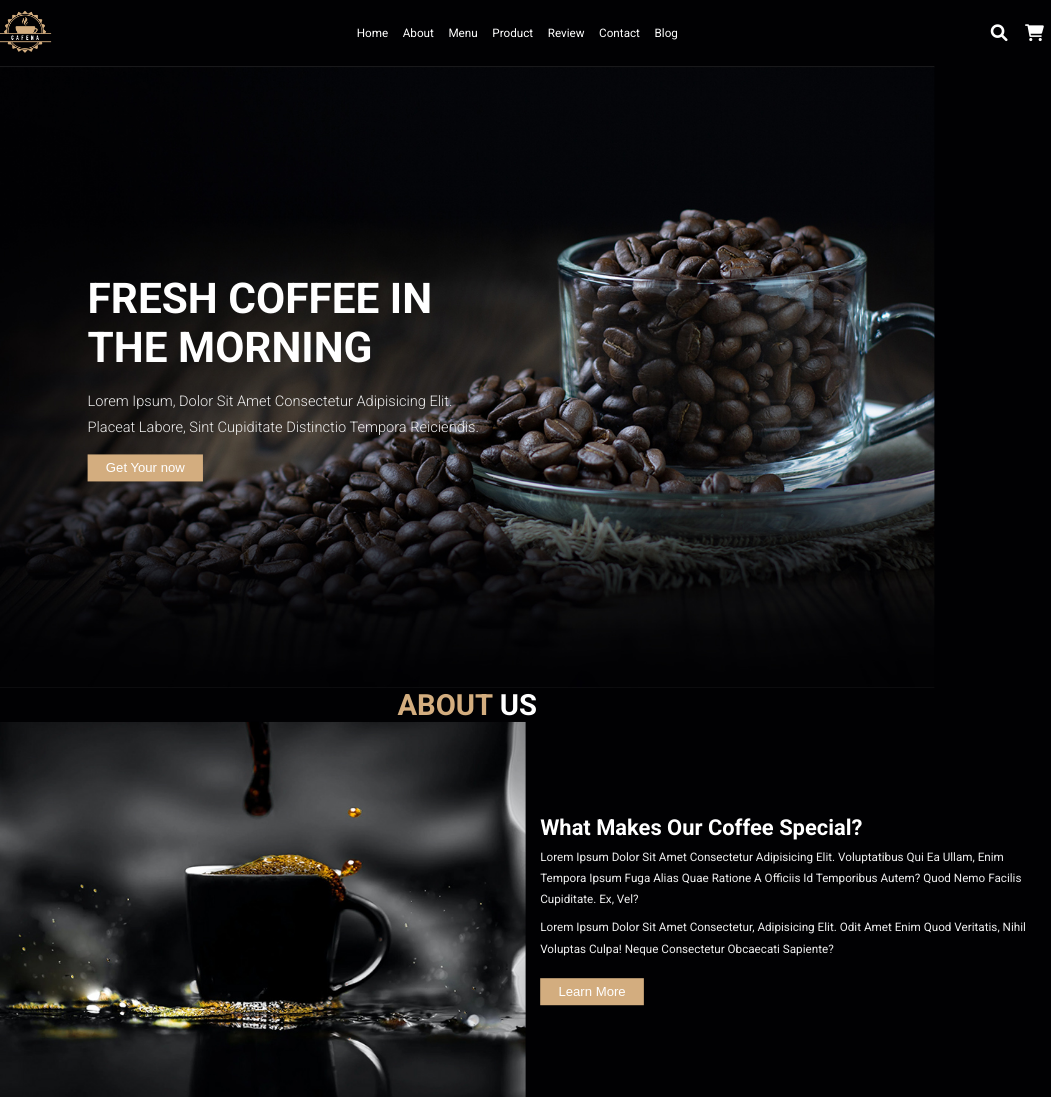
Repository: Dinhthai303/DinhThai
Page: index.html
The author's editor kept a copy of each file at every save. The page is drawn from the files as they stood at one save, then again after the next save.
The browser window is 1280 px wide. The page is 1440 px wide, so the pictures cover 1440 px, including what lies to the right of the window. The pictures show the whole page, at 73% of full size.

Above is the page before, as saved 2021-11-28 00:26:35.

### index.html
<!DOCTYPE html>
<html lang="en">

<head>
    <meta charset="UTF-8">
    <meta http-equiv="X-UA-Compatible" content="IE=edge">
    <meta name="viewport" content="width=device-width, initial-scale=1.0">
    <title>Document</title>
    <!-- FONT AWESOME -->
    <link rel="stylesheet" href="https://cdnjs.cloudflare.com/ajax/libs/font-awesome/6.0.0-beta3/css/all.min.css"
        integrity="sha512-Fo3rlrZj/k7ujTnHg4CGR2D7kSs0v4LLanw2qksYuRlEzO+tcaEPQogQ0KaoGN26/zrn20ImR1DfuLWnOo7aBA=="
        crossorigin="anonymous" referrerpolicy="no-referrer" />
    <!-- GOOLE FONT -->
    <link rel="preconnect" href="https://fonts.googleapis.com">
    <link rel="preconnect" href="https://fonts.gstatic.com" crossorigin>
    <link href="https://fonts.googleapis.com/css2?family=Roboto:wght@300;400;500;700&display=swap" rel="stylesheet">
    <!-- MAIN CSS -->
    <link rel="stylesheet" href="./css/style.css">
</head>

<body>
    <header class="header">
        <div class="container">
            <div class="header__content">
                <div class="header__logo">
                    <img src="./images/logo.png" alt="">
                </div>
                <ul class="header__menu">
                    <li class="header__item"><a class="header__link" href="#">Home</a></li>
                    <li class="header__item"><a class="header__link" href="#">About</a></li>
                    <li class="header__item"><a class="header__link" href="#">Menu</a></li>
                    <li class="header__item"><a class="header__link" href="#">Product</a></li>
                    <li class="header__item"><a class="header__link" href="#">Review</a></li>
                    <li class="header__item"><a class="header__link" href="#">Contact</a></li>
                    <li class="header__item"><a class="header__link" href="#">Blog</a></li>
                </ul>
                <div class="header__icon">
                    <i class="fa fa-search"></i>
                    <i class="fa fa-shopping-cart"></i>
                </div>
            </div>
        </div>
    </header>
    <section class="banner">
        <div class="banner__content">
            <img class="banner__image" src="./images/home-img.jpeg" alt="">
            <div class="banner__text">
                <h3 class="banner__title">FRESH COFFEE IN THE MORNING</h3>
                <p class="banner__desc">Lorem Ipsum, Dolor Sit Amet Consectetur Adipisicing Elit. Placeat Labore, Sint
                    Cupiditate Distinctio Tempora Reiciendis.</p>
                <button class="btn">Get Your now</button>
            </div>
        </div>
    </section>
    <section class="about">
        <h2 class="heading">About <span>us</span></h2>
        <div class="container">
            <div class="about__content">
                <div class="about__left">
                    <img class="about__image" src="./images/about-img.jpeg" alt="">
                </div>
                <div class="about__right">
                    <div class="about__text">
                        <h2 class="about__title">What Makes Our Coffee Special?</h2>
                        <p class="about__desc">Lorem Ipsum Dolor Sit Amet Consectetur Adipisicing Elit. Voluptatibus Qui
                            Ea Ullam, Enim Tempora Ipsum Fuga Alias Quae Ratione A Officiis Id Temporibus Autem? Quod
                            Nemo Facilis Cupiditate. Ex, Vel?</p>
                        <p class="about__desc">Lorem Ipsum Dolor Sit Amet Consectetur, Adipisicing Elit. Odit Amet Enim
                            Quod Veritatis, Nihil Voluptas Culpa! Neque Consectetur Obcaecati Sapiente?</p>
                        <button class="btn about__button">Learn More</button>
                    </div>
                </div>
            </div>
        </div>
    </section>
    <section class="menu"></section>
    <section class="products"></section>
    <section class="review"></section>
    <section class="contact"></section>
    <section class="blog"></section>
    <footer class="footer"></footer>
</body>

</html>

### css/style.css
*{
    margin: 0;
    padding: 0;
    box-sizing: border-box;
}
body{
    font-family: 'Roboto', sans-serif;
    background-color: #010103;
    font-weight: 400;
}
.container{
    width: 1440px;
    margin: 0 auto;
}
.header{
    background-color: #010103;
    border-bottom: 1px solid #4D4E4F;
}
.header__content{
    display: flex;
    justify-content: space-between;
    align-items: center;
    background-color: #010103;
    padding: 15px 0;
}
.header__menu{
    display: flex;
    list-style: none;
    gap: 20px;
}
.header__item:hover .header__link{
    color: #D3AD7F;
}
.header__item:hover .header__link::after{
    opacity: 1;
    transform: translateY(7px);
}
.header__link::after{
    content: "";
    width: 100%;
    height: 2px;
    position: absolute;
    left: 0;
    bottom: 0;
    background-color: #D3AD7F;
    transition: all .5s;
    opacity: 0;
}
.header__link{
    position: relative;
    color: white;
    text-decoration: none;
}
.header__icon i{
    color: white;
    font-size: 23px;
    margin: 0 10px;
    cursor: pointer;
}
.header__icon i:hover{
    color: #D3AD7F;
}
.header__logo img{
    width: 70px;
}
.banner__content{
    position: relative;
    width: 100%;
    height: 850px;
}
.banner__image{
    width: 100%;
    height: 100%;
    object-fit: cover;
}
.banner__text{
    position: absolute;
    top: 50%;
    left: 120px;
    transform: translateY(-50%);
    width: 570px;
}
.banner__title{
    font-size: 58px;
    color: white;
}
.banner__desc{
    font-size: 20px;
    color: rgb(238, 238, 238);
    font-weight: lighter;
    line-height: 1.8;
    margin: 20px 0;
}
.btn{
    background-color: #D3AD7F;
    border: none;
    color: white;
    padding: 8px 25px;
    font-size: 18px;
}
.heading{
    color: #D3AD7F;
    text-transform: uppercase;
    font-size: 40px;
    text-align: center;
}
.heading span{
    color: white;
}
.about__image{
    width: 100%;
    display: block;
}
.about__left, .about__right{
    width: 50%;
}
.about__content{
    display: flex;
}
.about__title{
    color: white;
    font-size: 30px;
}
.about__right{
    display: flex;
    align-items: center;
}
.about__desc{
    color: rgb(238, 238, 238);
    margin-top: 10px;
    line-height: 1.8;
}
.about__button{
    margin-top: 25px;
}
.about__text{
    margin-left: 20px;
}

After the next save:
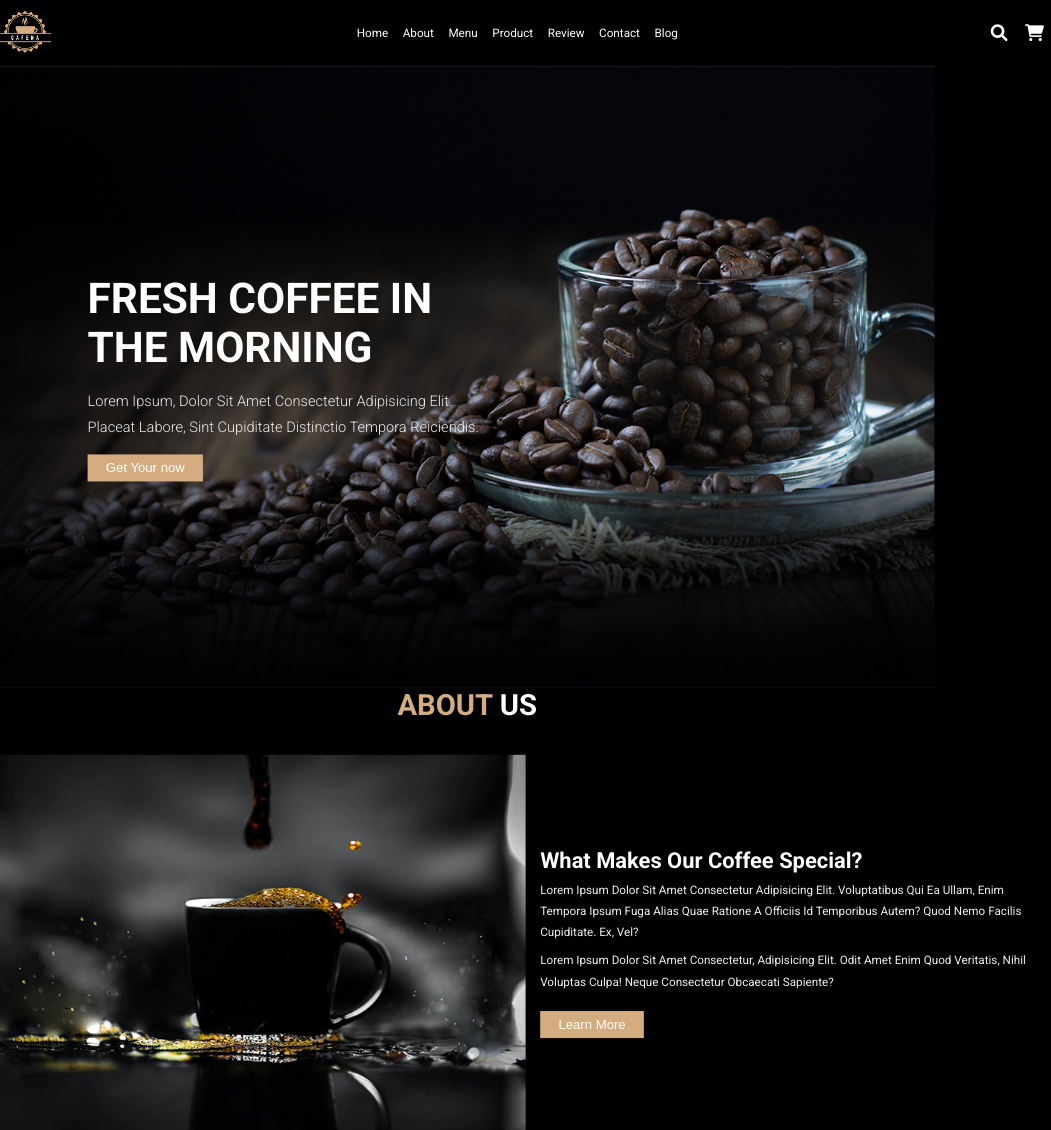
Saved 47 s later.
--- a/css/style.css
+++ b/css/style.css
@@ -7,6 +7,16 @@ body{
     font-family: 'Roboto', sans-serif;
     background-color: #010103;
     font-weight: 400;
+}
+.heading{
+    color: #D3AD7F;
+    text-transform: uppercase;
+    font-size: 40px;
+    text-align: center;
+    margin-bottom: 45px;
+}
+.heading span{
+    color: white;
 }
 .container{
     width: 1440px;
@@ -98,15 +108,7 @@ body{
     padding: 8px 25px;
     font-size: 18px;
 }
-.heading{
-    color: #D3AD7F;
-    text-transform: uppercase;
-    font-size: 40px;
-    text-align: center;
-}
-.heading span{
-    color: white;
-}
+
 .about__image{
     width: 100%;
     display: block;
